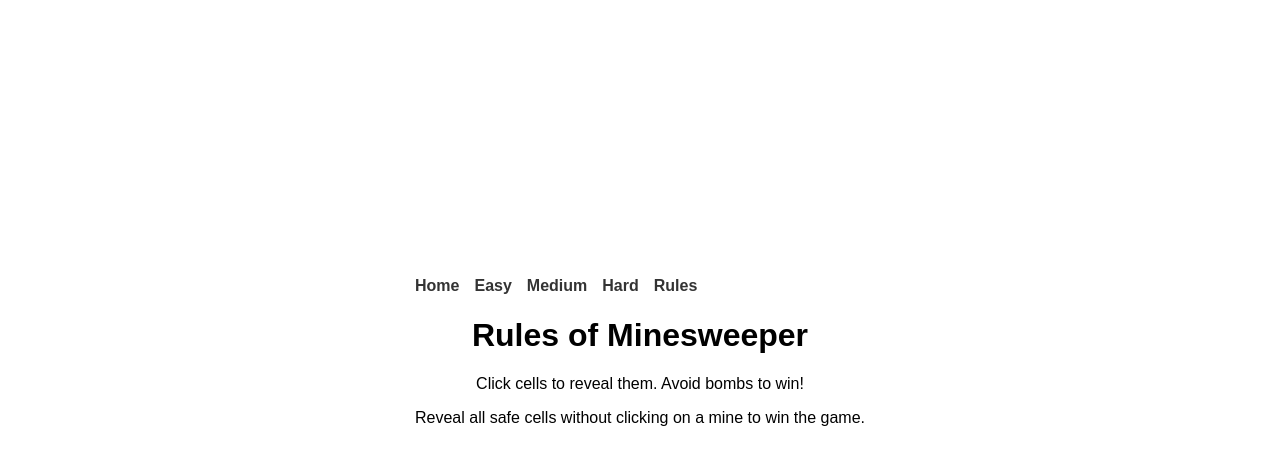
Repository: liwingy/-WingYee-_-Li-project2
Page: /rules (app in minesweeper/)
The author's editor kept a copy of each file at every save. The page is drawn from the files as they stood at one save, then again after the next save.
The browser window is 1280 px wide. The pictures show the whole page.
The project was rebuilt for these pictures with package versions that can differ from the ones it lists, and the page was loaded fresh each time. Also part of the build but not shown: minesweeper/src/views/Homepage.js, minesweeper/src/components/Cell.js, minesweeper/src/views/Game.js.

Above is the page before, as saved 2024-11-11 13:14:57.

### minesweeper/src/App.js
import './styles.css';
import { BrowserRouter as Router, Routes, Route, Link } from 'react-router-dom';
import Homepage from './views/Homepage';
import Game from './views/Game';
import Rules from './views/Rules';

function App() {
  return (
    <Router>
      <nav>
        <Link to="/">Home</Link>
        <Link to="/game/easy">Easy</Link>
        <Link to="/game/medium">Medium</Link>
        <Link to="/game/hard">Hard</Link>
        <Link to="/rules">Rules</Link>
      </nav>
      <Routes>
        <Route path="/" element={<Homepage />} />
        <Route path="/game/:difficulty" element={<Game />} />
        <Route path="/rules" element={<Rules />} />
      </Routes>
    </Router>
  );
}

export default App;

### minesweeper/src/styles.css
/* Center the entire app content */
body, html {
  display: flex;
  justify-content: center;
  align-items: center;
  height: 100vh;
  margin: 0;
  font-family: Arial, sans-serif;
  text-align: center;
}

/* Center the navbar and content within the main container */
.main-container {
  display: flex;
  flex-direction: column;
  align-items: center;
  width: 100%;
  max-width: 600px;
}

/* Style for the navbar links */
nav {
  display: flex;
  gap: 15px;
  margin-bottom: 20px;
}

nav a {
  text-decoration: none;
  color: #333;
  font-weight: bold;
}

nav a:hover {
  color: #555;
}

### minesweeper/src/views/Rules.js
import React from 'react';

function Rules() {
  return (
    <div>
      <h1>Rules of Minesweeper</h1>
      <p>Click cells to reveal them. Avoid bombs to win!</p>
      <p>Reveal all safe cells without clicking on a mine to win the game.</p>
    </div>
  );
}

export default Rules;

Loaded but not shown: minesweeper/public/index.html (common file); minesweeper/src/index.js (common file)

After the next save:
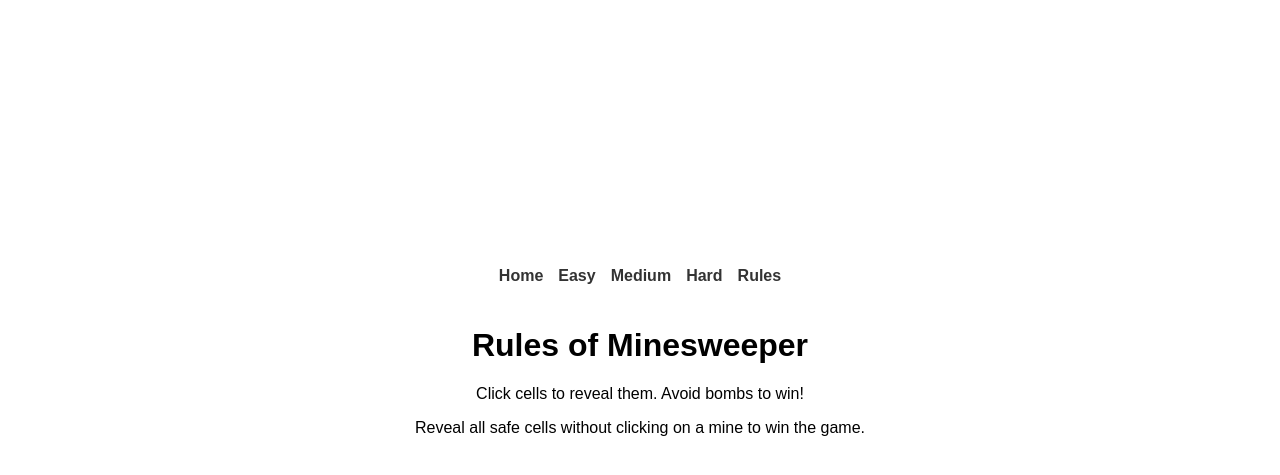
Saved 24 s later.
--- a/minesweeper/src/App.js
+++ b/minesweeper/src/App.js
@@ -6,20 +6,22 @@
 
 function App() {
   return (
-    <Router>
-      <nav>
-        <Link to="/">Home</Link>
-        <Link to="/game/easy">Easy</Link>
-        <Link to="/game/medium">Medium</Link>
-        <Link to="/game/hard">Hard</Link>
-        <Link to="/rules">Rules</Link>
-      </nav>
-      <Routes>
-        <Route path="/" element={<Homepage />} />
-        <Route path="/game/:difficulty" element={<Game />} />
-        <Route path="/rules" element={<Rules />} />
-      </Routes>
-    </Router>
+    <div className="main-container">
+      <Router>
+        <nav>
+          <Link to="/">Home</Link>
+          <Link to="/game/easy">Easy</Link>
+          <Link to="/game/medium">Medium</Link>
+          <Link to="/game/hard">Hard</Link>
+          <Link to="/rules">Rules</Link>
+        </nav>
+        <Routes>
+          <Route path="/" element={<Homepage />} />
+          <Route path="/game/:difficulty" element={<Game />} />
+          <Route path="/rules" element={<Rules />} />
+        </Routes>
+      </Router>
+    </div>
   );
 }
 

After the 2 saves that followed:
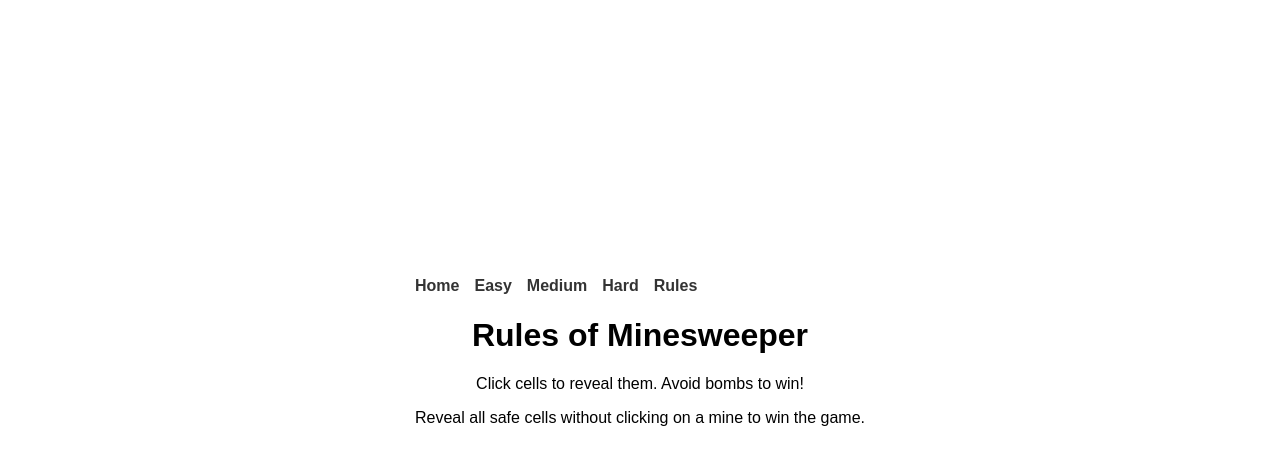
The 2 saves are shown as one change because 1 left the picture as it was.
The last was saved 7 min 25 s later.
--- a/minesweeper/src/App.js
+++ b/minesweeper/src/App.js
@@ -6,22 +6,20 @@
 
 function App() {
   return (
-    <div className="main-container">
-      <Router>
-        <nav>
-          <Link to="/">Home</Link>
-          <Link to="/game/easy">Easy</Link>
-          <Link to="/game/medium">Medium</Link>
-          <Link to="/game/hard">Hard</Link>
-          <Link to="/rules">Rules</Link>
-        </nav>
-        <Routes>
-          <Route path="/" element={<Homepage />} />
-          <Route path="/game/:difficulty" element={<Game />} />
-          <Route path="/rules" element={<Rules />} />
-        </Routes>
-      </Router>
-    </div>
+    <Router>
+      <nav>
+        <Link to="/">Home</Link>
+        <Link to="/game/easy">Easy</Link>
+        <Link to="/game/medium">Medium</Link>
+        <Link to="/game/hard">Hard</Link>
+        <Link to="/rules">Rules</Link>
+      </nav>
+      <Routes>
+        <Route path="/" element={<Homepage />} />
+        <Route path="/game/:difficulty" element={<Game />} />
+        <Route path="/rules" element={<Rules />} />
+      </Routes>
+    </Router>
   );
 }
 
